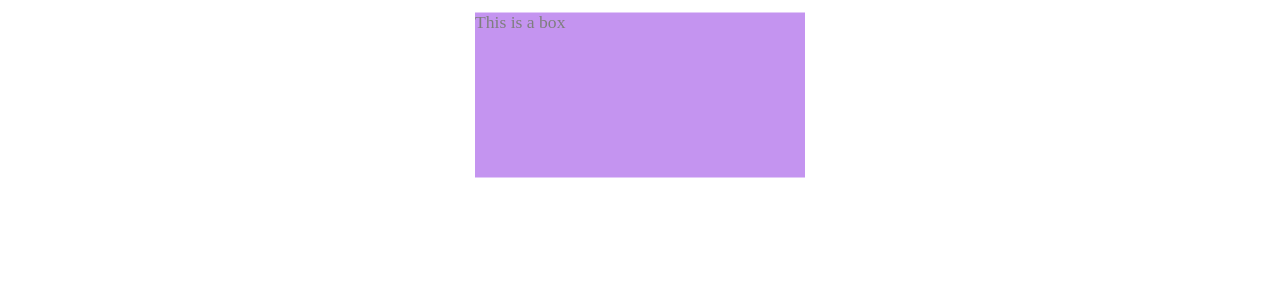
Repository: randomUser134923/pet-projects
Page: CSS_practice/individual-article/transform/index.html
The author's editor kept a record of every edit. The page is drawn from the files as they stood at one moment, then again after the next edit.
The browser window is 1280 px wide. The pictures show the whole page.
The pointer rests on the first visible `.elem`.

Above is the page before.

### CSS_practice/individual-article/transform/index.html
<!DOCTYPE html>
<html lang="en">
  <head>
    <meta charset="UTF-8" />
    <meta name="viewport" content="width=device-width, initial-scale=1.0" />
    <meta http-equiv="X-UA-Compatible" content="ie=edge" />
    <link rel="stylesheet" href="style.css" type="text/css" />
    <title>Static Template</title>
  </head>

  <body>
    <div class="elem delay">This is a box</div>
  </body>
</html>

### CSS_practice/individual-article/transform/style.css
.elem {
    background: blueviolet;
    width: 300px;
    height: 150px;
    margin: 20px auto;
    transition: 500ms linear;
}
.elem:hover , .delay:hover{
    opacity: 0.5;
    transform: scale(1.1);
}

.delay {
;
}

After the next edit:
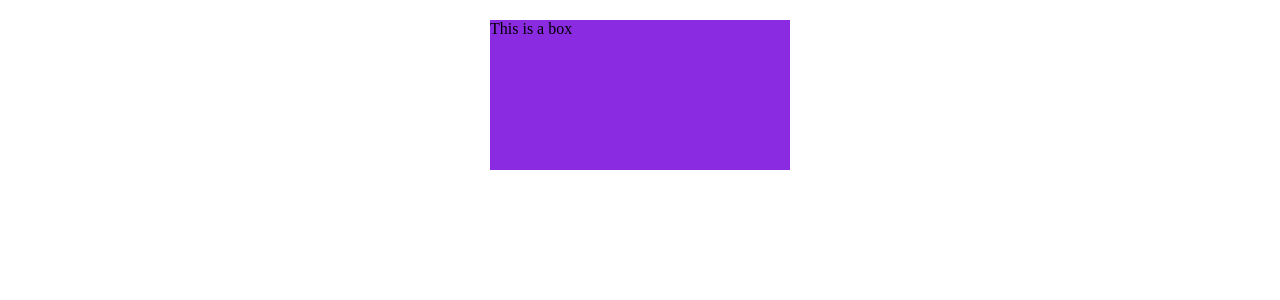
The edit:
--- a/CSS_practice/individual-article/transform/style.css
+++ b/CSS_practice/individual-article/transform/style.css
@@ -8,6 +8,9 @@
 .elem:hover , .delay:hover{
     opacity: 0.5;
     transform: scale(1.1);
+    trasition-property: font-size;
+    transition-duration: 4s;
+    transition-delay: 2s
 }
 
 .delay {

After the 3 edits that followed:
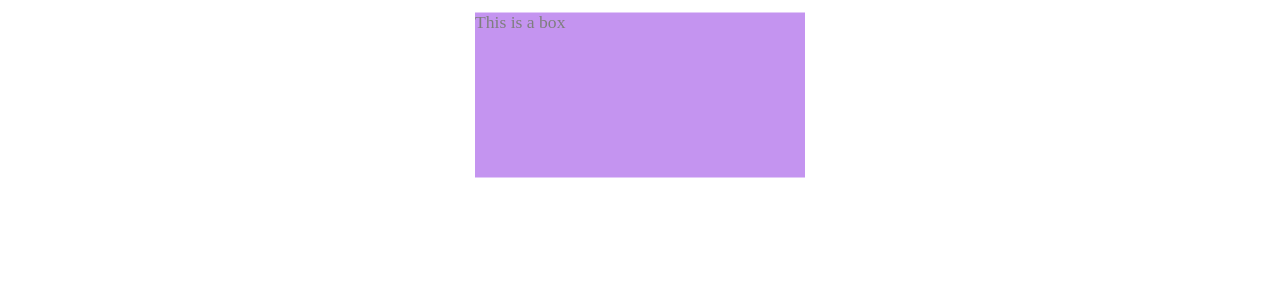
The 3 edits are shown as one change because 2 left the picture as it was.
The edit:
--- a/CSS_practice/individual-article/transform/style.css
+++ b/CSS_practice/individual-article/transform/style.css
@@ -5,14 +5,10 @@
     margin: 20px auto;
     transition: 500ms linear;
 }
-.elem:hover , .delay:hover{
+.elem:hover {
     opacity: 0.5;
     transform: scale(1.1);
     trasition-property: font-size;
-    transition-duration: 4s;
-    transition-delay: 2s
+    transition-duration: 1s;
+
 }
-
-.delay {
-;
-}
